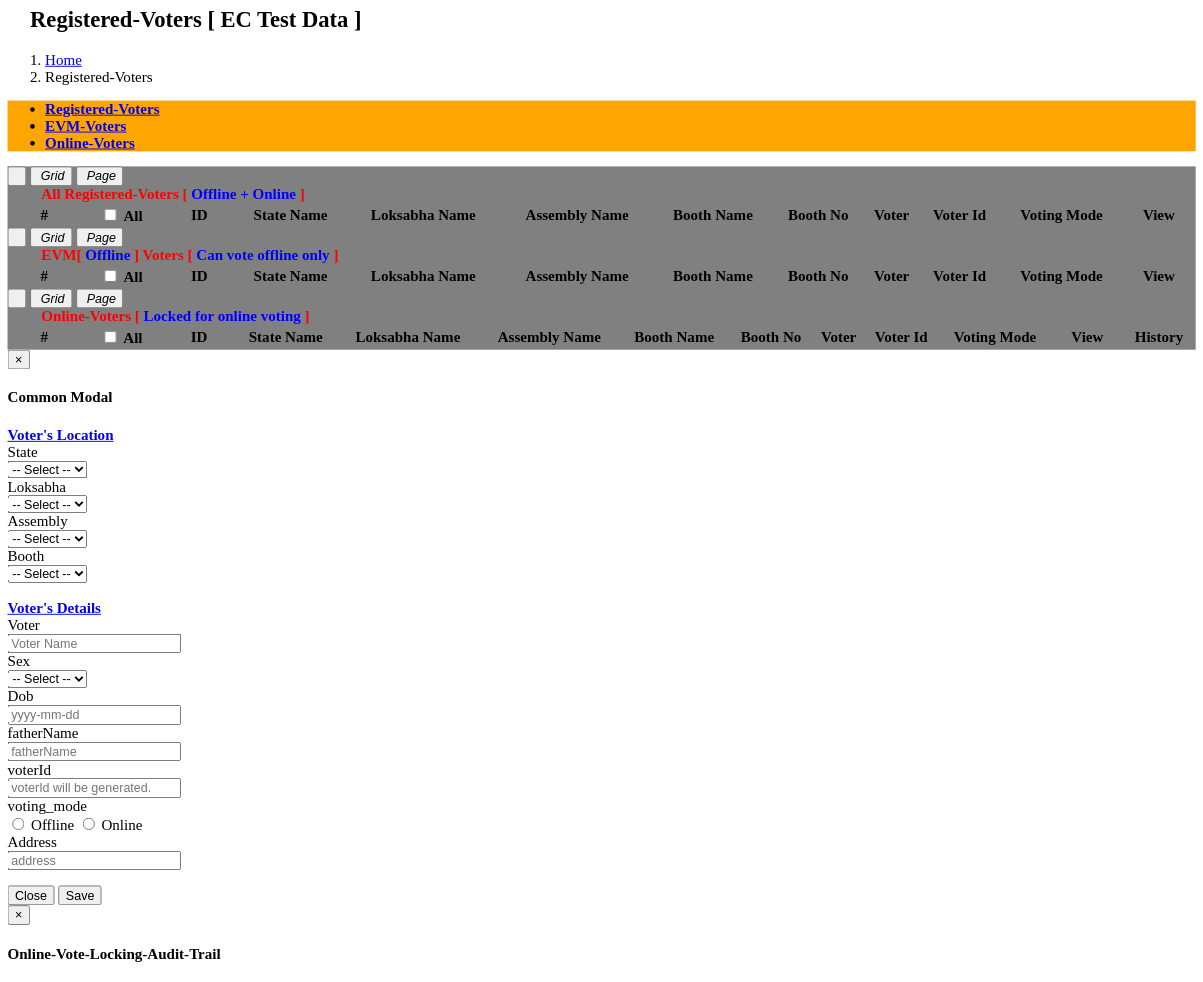
Repository: sanjeev167/IndiaOnLineVoting_3112020
Page: http://localhost/IndiaOnLineVoting/WEB-INF/jsp/ec/voters.jsp
An editor plug-in stored every save of this project. The page is shown before and after the next save, followed by the edit.
The browser window is 1280 px wide. The pictures show the whole page, at 94% of full size.
The page is served by Tomcat 9. Nobody is signed in. Other server files are loaded and not shown. The template is opened directly, without the code that normally fills it, so the values that code supplies are empty.

Above is the page before, as saved 2020-10-29 19:40:16.
Console error: TypeError: $(...).DataTable is not a function

### IndiaOnLineVoting/src/main/webapp/WEB-INF/jsp/ec/voters.jsp
	<!-- Full Width Column -->

	<!-- Content Header (Page header) -->
	<section class="content-header">
		<h1>
			&nbsp;&nbsp;&nbsp;&nbsp;Registered-Voters [ <strong>EC Test Data</strong> ]
		</h1>
		<ol class="breadcrumb">
			<li><a href="/"><i class="fa fa-dashboard"></i> Home</a></li>
			<li class="active">Registered-Voters</li>
		</ol>
	</section>

	<!-- Main content -->
	<section class="content">

		<div class="row">

			<div class="col-md-9">
				<div class="nav-tabs-custom" >
					<ul class="nav nav-tabs"
						style="background-color: orange; font-weight: bold;">
						<li class="active"><a href="#activity" data-toggle="tab">Registered-Voters</a></li>
						<li><a href="#timeline" data-toggle="tab">EVM-Voters</a></li>
						<li><a href="#settings" data-toggle="tab">Online-Voters</a></li>
					</ul>
					<div class="tab-content" style="background-color: grey;">
						<div class="active tab-pane" id="activity">
								<!-- /.box-header -->
								<div class="box-body">
									<div class="col-md-12">
										<div class="box box-primary ">
											<div class="box-header with-border">

												<div class="box-title">

													<button type="button">
														<i class="fa fa-search searchClass" data-toggle="modal">&nbsp;</i>
													</button>
													<button type="button" id="reloadGrid">
														<i class="fa fa-refresh">&nbsp;Grid</i>
													</button>
													<button type="button" id="refreshGrid">
														<i class="fa fa-refresh">&nbsp;Page</i>
													</button>
												</div>
												&nbsp;&nbsp;&nbsp;&nbsp;&nbsp;&nbsp;&nbsp;&nbsp;&nbsp;<strong style="color:red;">All Registered-Voters [ <span style="color:blue;">Offline + Online </span> ]</strong>
											</div>

											<div class="box-body ">
												<table id="votersEnrolledId" width="100%"
													class="table table-striped table-bordered table-hover table-condensed dt-responsive data-table">
													<thead>
														<tr>
															<th width="6%">#</th>
															<th width="7%"><input id="chkAll" type="checkbox">&nbsp;All</th>
															<th width="6%">ID</th>
															<th>State Name</th>
															<th>Loksabha Name</th>
															<th>Assembly Name</th>
															<th>Booth Name</th>
															<th>Booth No</th>
															<th>Voter</th>
															<th>Voter Id</th>
															<th>Voting Mode</th>
															<th width="6%">View</th>

														</tr>
													</thead>

												</table>
											</div>
											<!-- /.box-body -->

									</div>
									<!-- /.col -->
								</div>
								<!-- /.box-body -->
							</div>
							<!-- /.box -->

						</div>
						<!-- /.tab-pane -->




						<div class="tab-pane" id="timeline">
							 <!-- /.box-header -->
								<div class="box-body">
									<div class="col-md-12">
										<div class="box box-primary ">
											<div class="box-header with-border">

												<div class="box-title">

													<button type="button">
														<i class="fa fa-search SearchOffLineVotersClass" data-toggle="modal">&nbsp;</i>
													</button>
													<button type="button" id="reloadGrid">
														<i class="fa fa-refresh">&nbsp;Grid</i>
													</button>
													<button type="button" id="refreshGrid">
														<i class="fa fa-refresh">&nbsp;Page</i>
													</button>
												</div>
												&nbsp;&nbsp;&nbsp;&nbsp;&nbsp;&nbsp;&nbsp;&nbsp;&nbsp;<strong style="color:red;">EVM[ <span style="color:blue;">Offline</span> ] Voters [ <span style="color:blue;">Can vote offline only</span> ]</strong>
											</div>

											<div class="box-body ">
												<table id="votersEnrolledOfflineId" width="100%"
													class="table table-striped table-bordered table-hover table-condensed dt-responsive data-table">
													<thead>
														<tr>
														   <th width="6%">#</th>
															<th width="7%"><input id="chkAll" type="checkbox">&nbsp;All</th>
															<th width="6%">ID</th>
															<th>State Name</th>
															<th>Loksabha Name</th>
															<th>Assembly Name</th>
															<th>Booth Name</th>
															<th>Booth No</th>
															<th>Voter</th>
															<th>Voter Id</th>
															<th>Voting Mode</th>
															<th width="6%">View</th>

														</tr>
													</thead>

												</table>
											</div>
											<!-- /.box-body -->

									</div>
									<!-- /.col -->
								</div>
								<!-- /.box-body -->
							</div>
							<!-- /.box -->
						</div>
						<!-- /.tab-pane -->

						<div class="tab-pane" id="settings">
							      <!-- /.box-header -->
								<div class="box-body">
									<div class="col-md-12">
										<div class="box box-primary ">
											<div class="box-header with-border">

												<div class="box-title">

													<button type="button">
														<i class="fa fa-search SearchOnLineVotersClass" data-toggle="modal">&nbsp;</i>
													</button>
													<button type="button" id="reloadGrid">
														<i class="fa fa-refresh">&nbsp;Grid</i>
													</button>
													<button type="button" id="refreshGrid">
														<i class="fa fa-refresh">&nbsp;Page</i>
													</button>
												</div>
												&nbsp;&nbsp;&nbsp;&nbsp;&nbsp;&nbsp;&nbsp;&nbsp;&nbsp;<strong style="color:red;">Online-Voters [ <span style="color:blue;">Locked for online voting</span> ]</strong>
											</div>

											<div class="box-body ">
												<table id="votersEnrolledOnlineId" width="100%"
													class="table table-striped table-bordered table-hover table-condensed dt-responsive data-table">
													<thead>
														<tr>
															<th width="6%">#</th>
															<th width="7%"><input id="chkAll" type="checkbox">&nbsp;All</th>
															<th width="6%">ID</th>
															<th>State Name</th>
															<th>Loksabha Name</th>
															<th>Assembly Name</th>
															<th>Booth Name</th>
															<th>Booth No</th>
															<th>Voter</th>
															<th>Voter Id</th>
															<th>Voting Mode</th>
															<th width="6%">View</th>
															<th width="6%">History</th>

														</tr>
													</thead>

												</table>
											</div>
											<!-- /.box-body -->

									</div>
									<!-- /.col -->
								</div>
								<!-- /.box-body -->
							</div>
							<!-- /.box -->

						</div>
						<!-- /.tab-pane -->
					</div>
					<!-- /.tab-content -->
				</div>
				<!-- /.nav-tabs-custom -->
			</div>
			<!-- /.col -->
		</div>
		<!-- /.row -->

	</section>
	<!-- /.content -->



<!-- modal for add/update/view/search -->
<div class="modal fade" id="modal-common">
	<div class="modal-dialog modal-md">
		<div class="modal-content" style="border-radius: 10px;">
			<div class="modal-header">
				<button type="button" class="close" data-dismiss="modal"
					aria-label="Close">
					<span aria-hidden="true">&times;</span>
				</button>
				<h4 class="modal-title" id="commonModalTitleId">Common Modal</h4>
			</div>
			<div class="modal-body">
				<!-- form start -->
				<form class="form-horizontal" id="commonFormId" action="">
					<div class="box-body">
						<h5 id="successMsgId"></h5>
						<h5 id="searchMsgId"></h5>
						<strong style="color:red;" id="searchHideContentId"><a href="#" id="voterlocationId">Voter's Location </a></strong>
						<div id="voterLocationShowHideId">
									<div class="form-group">
										<label for="inputStateName" class="col-sm-4 control-label">
											State</label>
										<div class="col-sm-7">
											<select class="form-control" name="stateNameId"
												id="stateNameId">
												<option value="">-- Select --</option>

											</select> <span id="stateNameId_err" class="field-error"></span>
										</div>
									</div>
									<div class="form-group">
										<label for="inputLoksabhaName" class="col-sm-4 control-label">
											Loksabha</label>
										<div class="col-sm-7">
											<select class="form-control" name="loksabhaNameId"
												id="loksabhaNameId">
												<option value="">-- Select --</option>

											</select> <span id="loksabhaNameId_err" class="field-error"></span>
										</div>
									</div>

									<div class="form-group" id="assemblyLabledId">
										<label for="inputSortName" class="col-sm-4 control-label">
											Assembly</label>
										<div class="col-sm-7">
											<select class="form-control" name="assemblyNameId"
												id="assemblyNameId">
												<option value="">-- Select --</option>

											</select> <span id="assemblyNameId_err" class="field-error"></span>
										</div>
									</div>

									<div class="form-group" id="pollingBoothNameIdLabledId">
										<label for="inputSortName" class="col-sm-4 control-label">
											Booth</label>
										<div class="col-sm-7">
											<select class="form-control" name="pollingBoothNameId"
												id="pollingBoothNameIdId">
												<option value="">-- Select --</option>
											</select> <span id="pollingBoothNameIdId_err" class="field-error"></span>
										</div>
									</div>
                         </div>



								<!-- Voter Location -->
								<br>
								<strong style="color:red;" id="searchHide1ContentId"><a href="#"  id="voterDetailId"> Voter's Details </a></strong>
								<div id="voterDetailShowHideId">

										<div class="form-group" id="voterNameLabledId">
											<label for="inputSortName" class="col-sm-4 control-label">
												Voter</label>
											<div class="col-sm-7">
												<input type="text" class="form-control" name="voterName"
													id="voterNameId" placeholder="Voter Name">
													<span
												id="voterNameId_err" class="field-error"></span>
											</div>
										</div>

										<div class="form-group" id="sexLabledId">
											<label for="inputSortName" class="col-sm-4 control-label">
												Sex</label>
											<div class="col-sm-7">
											        <select class="form-control" name="sex"	id="sexId">
												       <option value="">-- Select --</option>
												       <option value="M">Male</option>
												       <option value="F">Female</option>
											        </select>
													<span id="sexId_err" class="field-error"></span>
											</div>
										</div>

										<div class="form-group" id="dobForPageLabledId">
											<label for="inputSortName" class="col-sm-4 control-label">
												Dob</label>
											<div class="col-sm-7">
												<input type="text" class="form-control" name="dobForPage" id="dobForPageId" placeholder="yyyy-mm-dd">
													<span
												id="dobForPageId_err" class="field-error"></span>
											</div>
										</div>

										<div class="form-group" id="fatherNameLabledId">
											<label for="inputSortName" class="col-sm-4 control-label">
												fatherName</label>
											<div class="col-sm-7">
												<input type="text" class="form-control" name="fatherName"
													id="fatherNameId" placeholder="fatherName">
													<span
												id="fatherNameId_err" class="field-error"></span>
											</div>
										</div>

										<div class="form-group" id="voterIdLabledId">
											<label for="inputSortName" class="col-sm-4 control-label">
												voterId</label>
											<div class="col-sm-7">
												<input type="text" class="form-control" name="voterId"
													id="voterIdId" placeholder="voterId will be generated.">
													<span
												id="voterIdId_err" class="field-error"></span>
											</div>
										</div>

										<div class="form-group" id="voting_modeLabledId">
											<label for="inputSortName" class="col-sm-4 control-label">
												voting_mode</label>
											<div class="col-sm-7">
											     <input type="radio" name="voting_mode" id="offlineVoting_modeId" value="0">&nbsp;Offline
											     <input type="radio" name="voting_mode" id="onlineVoting_modeId" value="1">&nbsp;Online

													<span
												id="voting_modeId_err" class="field-error"></span>
											</div>
										</div>

										<div class="form-group" id="addressLabledId">
											<label for="inputSortName" class="col-sm-4 control-label">
												Address</label>
											<div class="col-sm-7">
												<input type="text" class="form-control" name="address"
													id="addressId" placeholder="address">
													<span
												id="addressId_err" class="field-error"></span>
											</div>
										</div>
								</div>
								   <input hidden="true" name="id" id="votersEnrolledRecordId" />
							</div>
							<!-- /.box-body -->

							<!-- /.box-footer -->
				</form>

			</div>
			<div class="modal-footer">
				<button type="button" class="btn btn-info" data-dismiss="modal">Close</button>
				<button type="button"
					class="btn btn-warning commonButtonActionClass"
					id="commonButtonActionId">Save</button>
			</div>
		</div>
		<!-- /.modal-content -->
	</div>
	<!-- /.modal-dialog -->
</div>
<!-- /.modal -->





<!-- modal for add/update/view/search -->
<div class="modal fade" id="auditTrailModalId">
	<div class="modal-dialog modal-md">
		<div class="modal-content" style="border-radius: 10px;">
			<div class="modal-header">
				<button type="button" class="close" data-dismiss="modal"	aria-label="Close">
					<span aria-hidden="true">&times;</span>
				</button>
				<h4 class="modal-title" id="commonModalTitleId">Online-Vote-Locking-Audit-Trail</h4>
			</div>


		</div>
		<!-- /.modal-content -->
	</div>
	<!-- /.modal-dialog -->
</div>
<!-- /.modal -->






	<!-- jQuery 3  -->
	<script
		src="https://ajax.googleapis.com/ajax/libs/jquery/3.4.1/jquery.min.js"></script>
	<script
		src="https://maxcdn.bootstrapcdn.com/bootstrap/3.4.0/js/bootstrap.min.js"></script>
	<script
		src="${contextPath}/resources/assets/pageSpecific/js/votersEnrolled_list.js"></script>

Loaded but not shown: IndiaOnLineVoting/src/main/webapp/resources/assets/pageSpecific/js/votersEnrolled_list.js (1373 lines, source omitted)

After the next save:
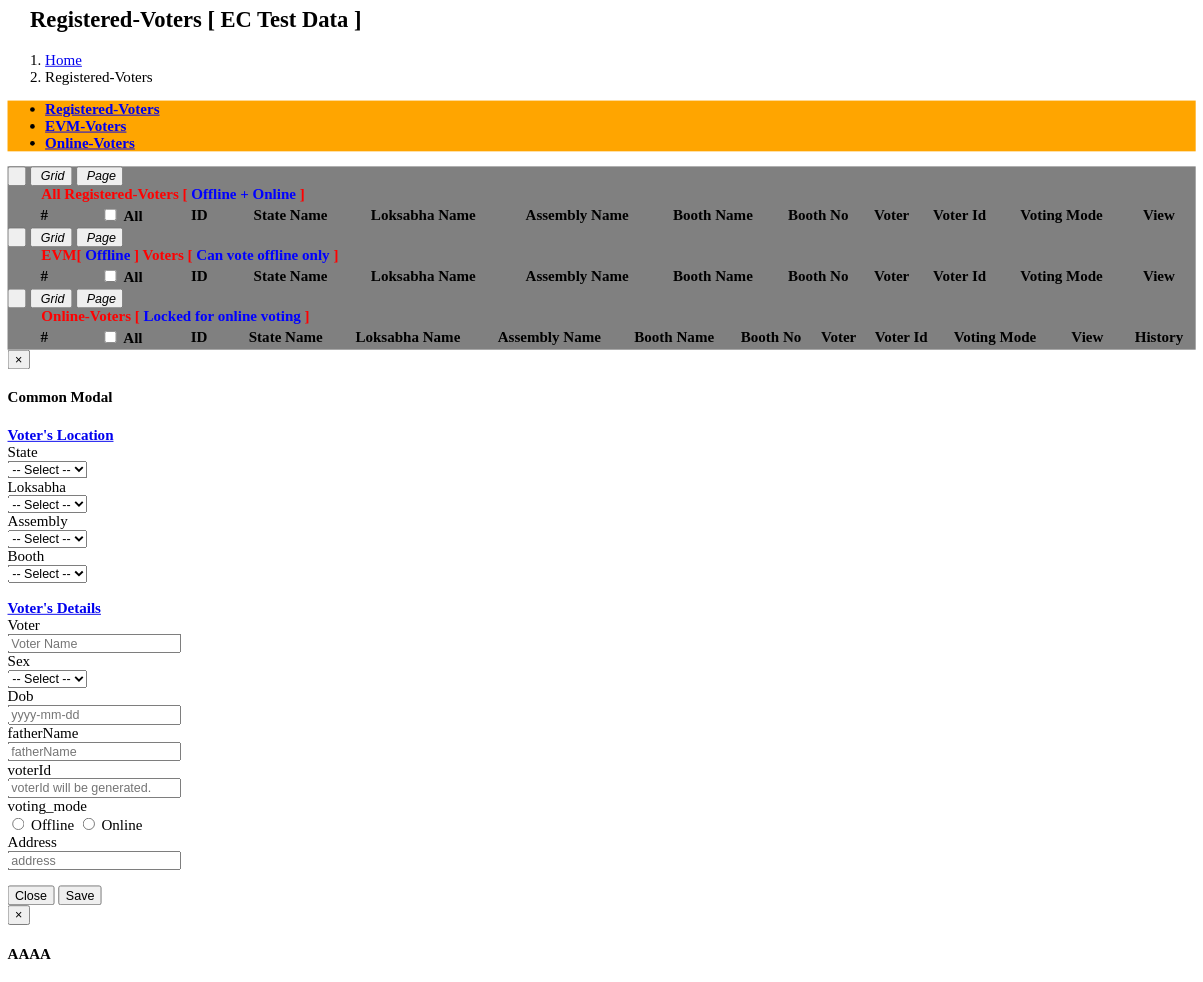
Saved 2 min 33 s later.
--- a/IndiaOnLineVoting/src/main/webapp/WEB-INF/jsp/ec/voters.jsp
+++ b/IndiaOnLineVoting/src/main/webapp/WEB-INF/jsp/ec/voters.jsp
@@ -389,17 +389,19 @@
 
 
 
-<!-- modal for add/update/view/search -->
 <div class="modal fade" id="auditTrailModalId">
 	<div class="modal-dialog modal-md">
 		<div class="modal-content" style="border-radius: 10px;">
 			<div class="modal-header">
-				<button type="button" class="close" data-dismiss="modal"	aria-label="Close">
+				<button type="button" class="close" data-dismiss="modal"
+					aria-label="Close">
 					<span aria-hidden="true">&times;</span>
 				</button>
-				<h4 class="modal-title" id="commonModalTitleId">Online-Vote-Locking-Audit-Trail</h4>
-			</div>
-
+				<h4 class="modal-title" id="commonModalTitleId">AAAA</h4>
+			</div>
+			<div class="modal-body">
+
+			</div>
 
 		</div>
 		<!-- /.modal-content -->
@@ -407,8 +409,6 @@
 	<!-- /.modal-dialog -->
 </div>
 <!-- /.modal -->
-
-
 
 
 
